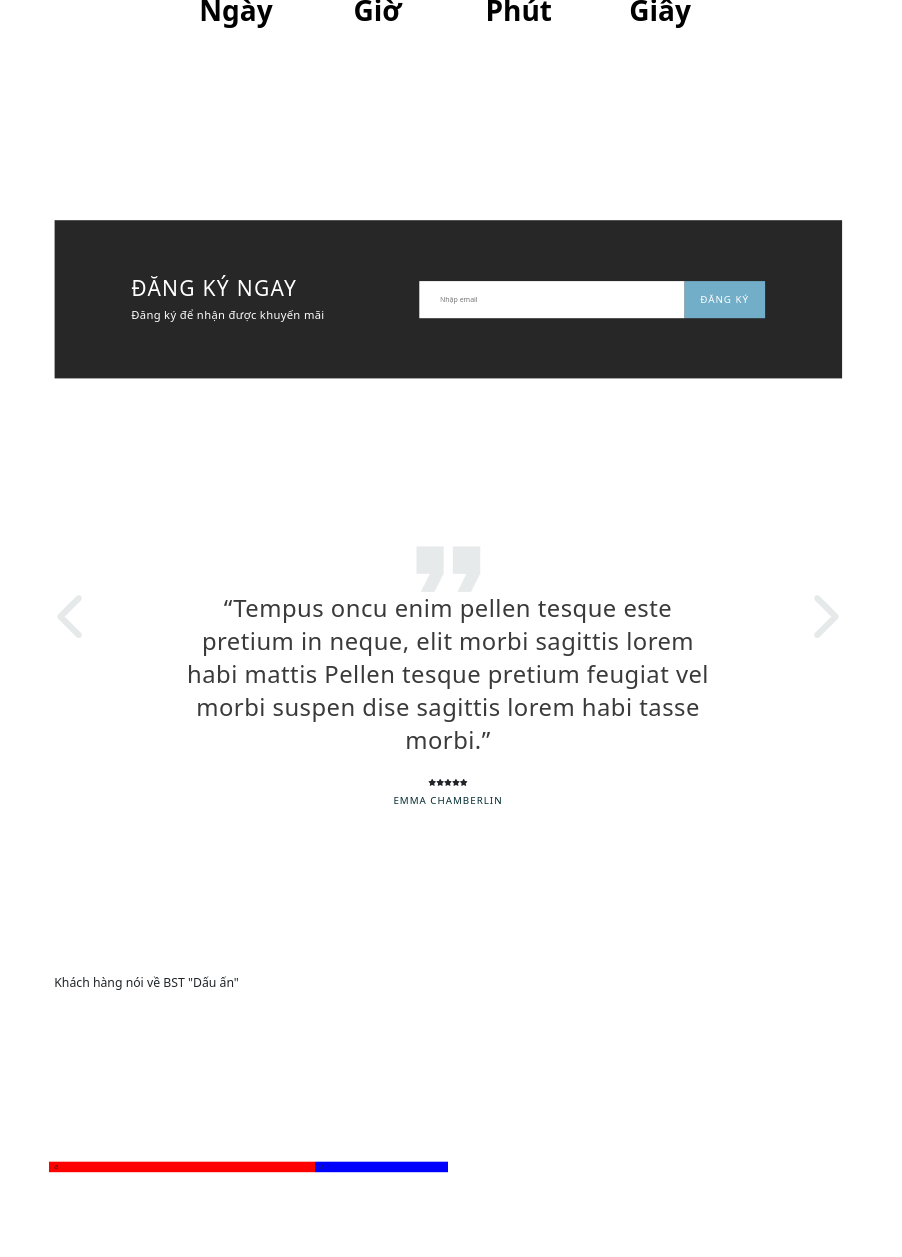
Repository: CangNgo/shoptrangsuc.github.io
Page: index.html
An editor plug-in stored every save of this project. The page is shown before and after a run of saves, followed by the edit.
The browser window is 1280 px wide. The page is 1288 px wide, so the pictures cover 1288 px, including what lies to the right of the window. The pictures show the part of the page from y = 4051 to 5931 px (the page is 5846 px tall before and 5931 px after), at 70% of full size.

Above is the page before, as saved 2024-01-11 18:23:30.

After the next 2 saves:
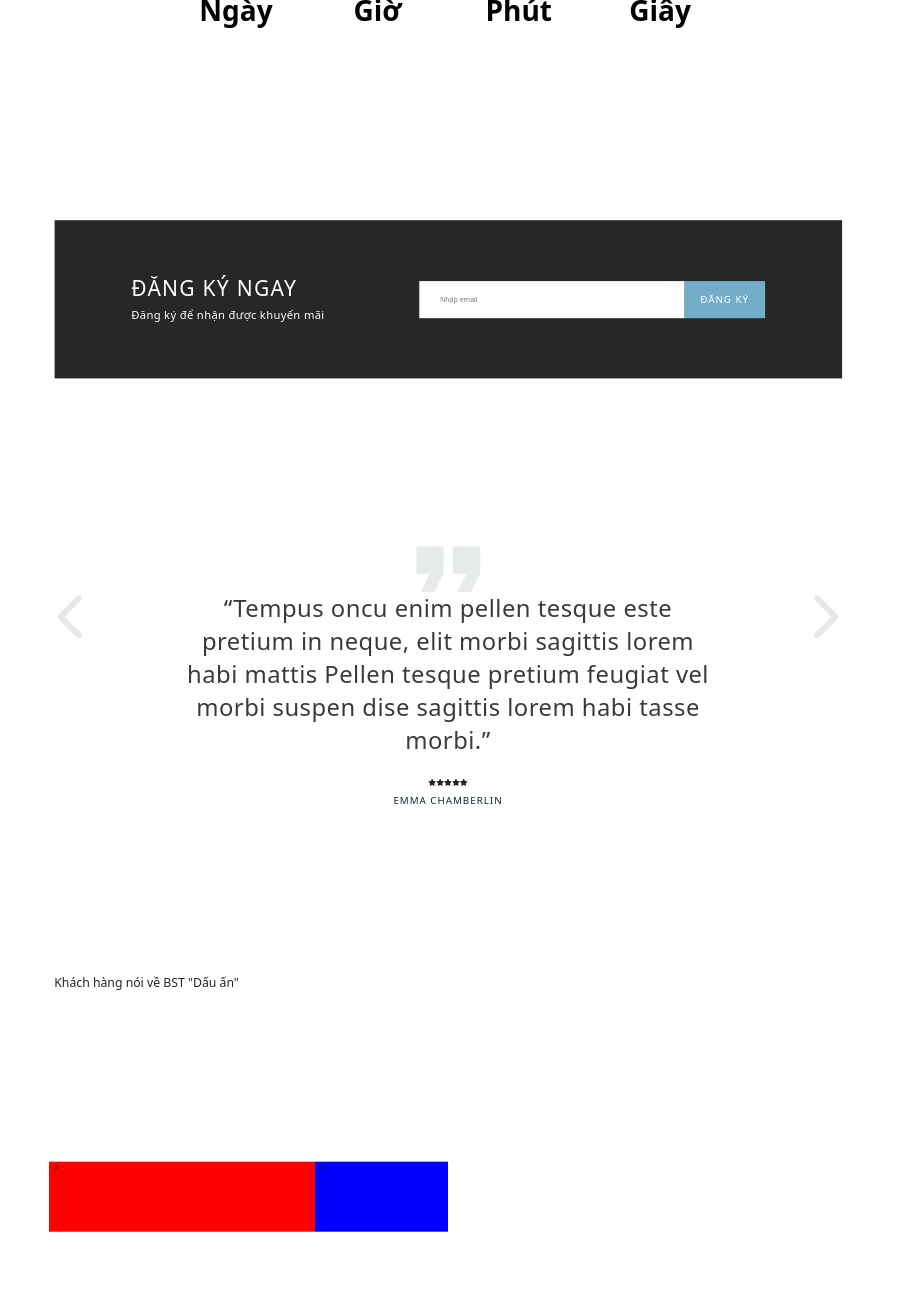
The 2 saves are shown as one change because they came seconds apart.
The last was saved 10 s later.
--- a/index.html
+++ b/index.html
@@ -391,7 +391,7 @@
         <footer class="container">
             <div class="grid wide">
                 <div class="row">
-                    <div class="col-4" style="background-color: red;">a</div>
+                    <div class="col-4" style="background-color: red; height: 100px;">a</div>
                     <div class="col-2" style="background-color: blue;">a</div>
                     <div class="col-3"></div>
                     <div class="col-3"></div>
